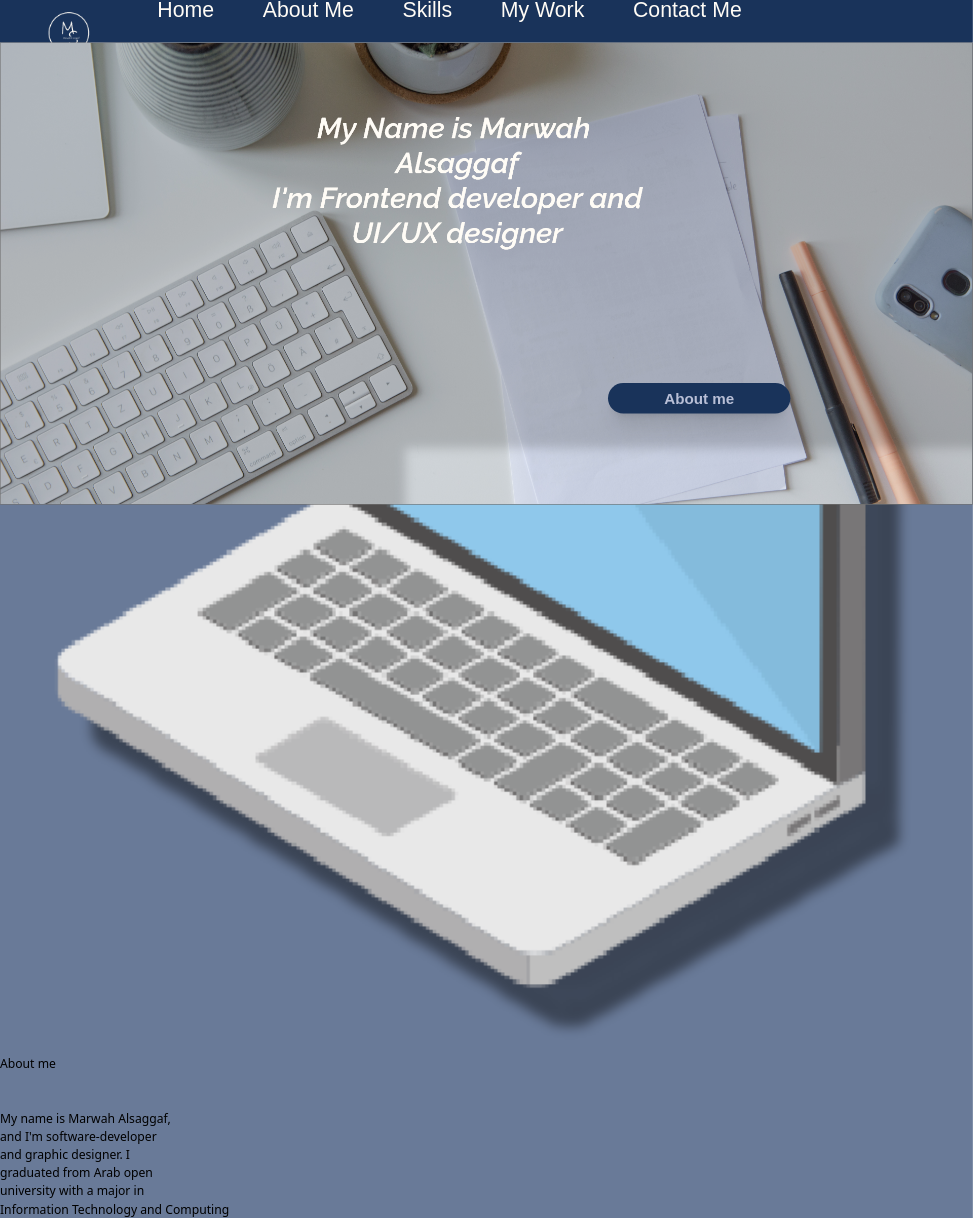
Repository: MEROO1010/my_portfolio
Page: /
The author's editor kept a copy of each file at every save. The page is drawn from the files as they stood at one save, then again after a run of saves.
The browser window is 1280 px wide. The pictures show the whole page, at 76% of full size.
The project was rebuilt for these pictures with package versions that can differ from the ones it lists, and the page was loaded fresh each time. The framework's server and built-in components were replaced by stand-ins that run in the browser. Also part of the build but not shown: next.config.js.

Above is the page before, as saved 2023-03-10 02:10:34.

After the next 2 saves:
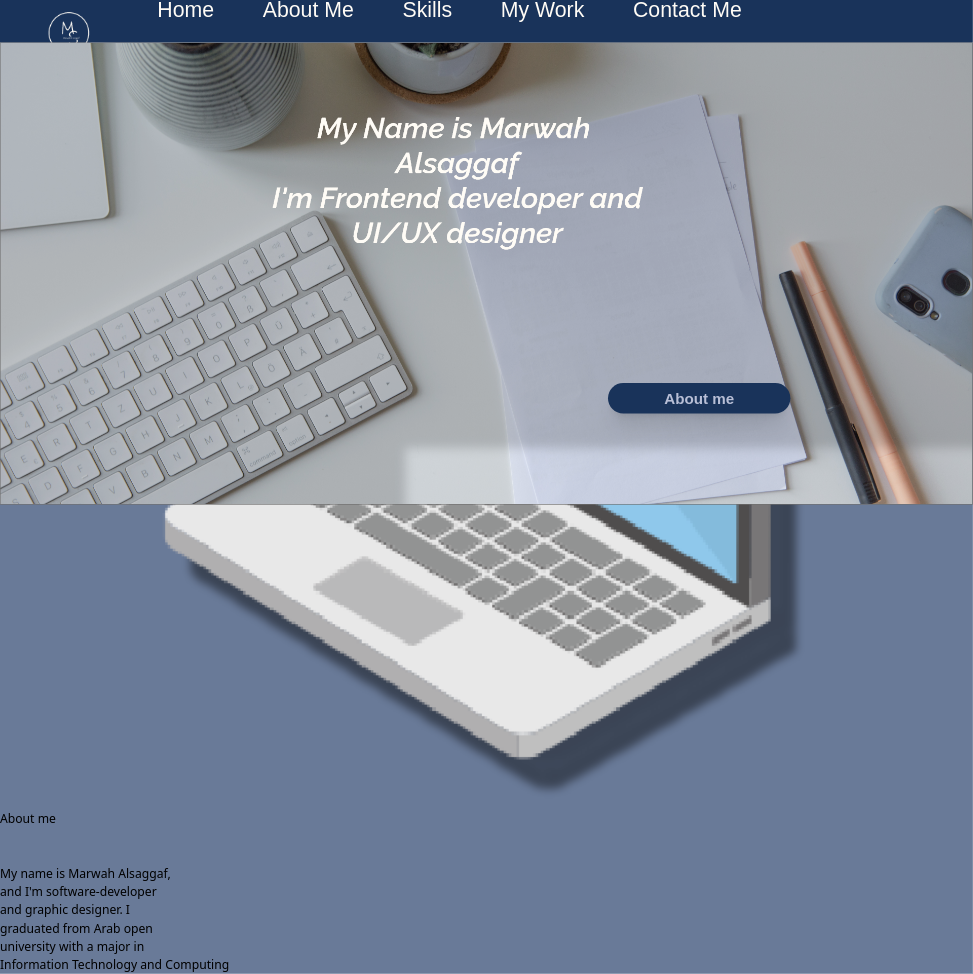
The 2 saves are shown as one change because they came seconds apart.
The last was saved 9 s later.
--- a/pages/components/AboutMe.tsx
+++ b/pages/components/AboutMe.tsx
@@ -6,7 +6,7 @@ const AboutMe = () => {
   return (
     <div className="bg-[#697A98]  ">
 
-        <div className=" px-18">
+        <div className=" px-18 mx-40">
         <Image src="/assets/images/laptop-screen.png" alt="laptop" width={4000} height={10}/>
         </div>
 
